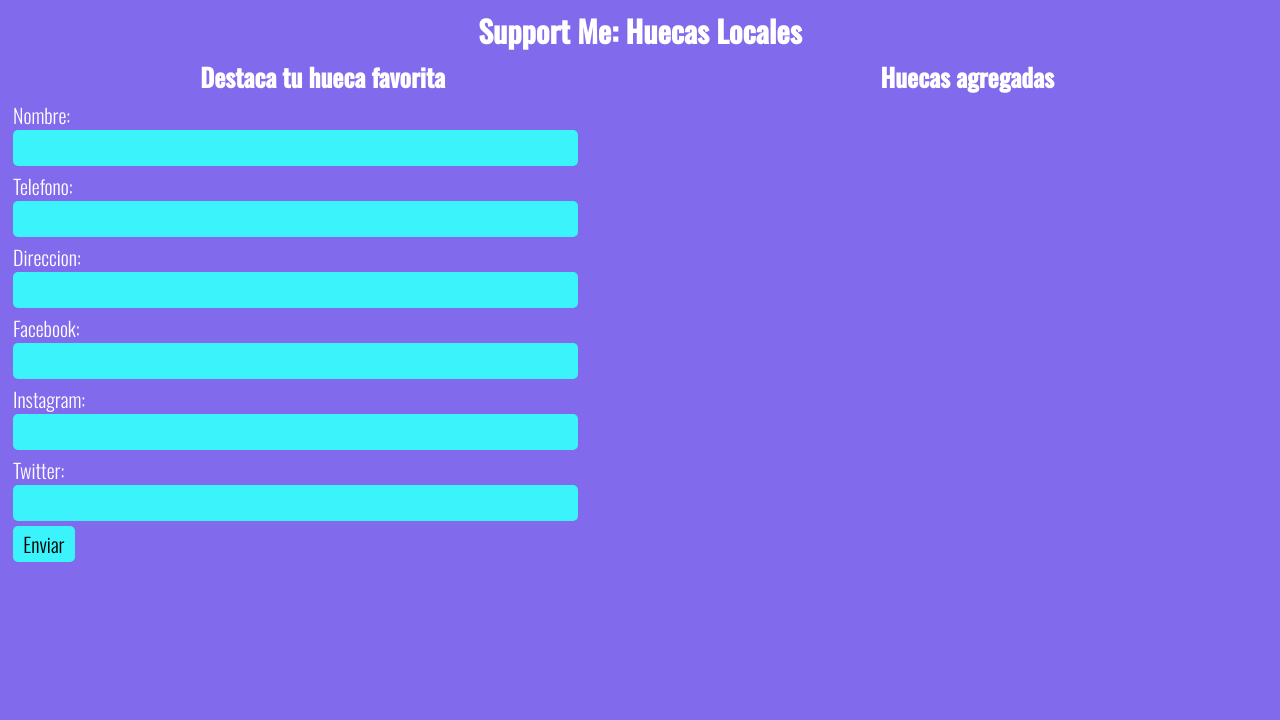
Repository: renzopachecoj/huecas-website
Page: index.html
The author's editor kept a copy of each file at every save. The page is drawn from the files as they stood at one save, then again after the next save.
The browser window is 1280 px wide. The pictures show the whole page.

Above is the page before, as saved 2020-08-01 19:04:06.

### index.html
<!DOCTYPE html>
<html>
<head>
    <title>Huecas</title>
    <link rel="stylesheet" href="styles.css">
</head>
<body>
    <h1>Support Me: Huecas Locales</h1>
    <div id="content">
    <div class="col">
        <h2>Destaca tu hueca favorita</h2>
        <form action="conexion.php" method="post">
            Nombre: <input type="text" name="nombre"><br>
            Telefono: <input type="tel" name="telefono"><br>
            Direccion: <input type="text" name="direccion"><br>
            Facebook: <input type="text" name="facebook"><br>
            Instagram: <input type="text" name="instagram"><br>
            Twitter: <input type="text" name="twitter"><br>
            <input type="submit" value="Enviar">
        </form>
    </div>
    <div class="col">
        <h2>Huecas agregadas</h2>
    </div>
</div>
</body>
</html>

### styles.css
@import url('https://fonts.googleapis.com/css2?family=Oswald:wght@300;500&display=swap');

* {
    font-family: 'Oswald', sans-serif;
    font-weight: lighter;
    font-size: 20px;
    color: #fff;
}
body{
    background-color: #826AED;
}
h1{
    font-size: 30px;
    font-weight: bold;
    width: 100%;
    text-align: center;
    margin: 5px 0px 5px 0px;
}
h2{
    font-size: 25px;
    font-weight: bold;
    width: 100%;
    text-align: center;
    margin: 0px 0px 5px 0px;
}
.col{
    display: flex;
    flex-direction: column;
    width: 49%;
}
#content{
    display: flex;
    flex-direction: row;
    float: left;
    column-gap: 2%;
    width: 100%;
    margin: 0px 5px 5px 5px;
}
input{
    width: 90%;
    border-radius: 5px;
    border-color: transparent;
    background-color: #3BF4FB;
    margin-bottom: 5px;
    color: black
}
input[value="Enviar"]{
    width: 10%;
    color: black;
}

After the next save:
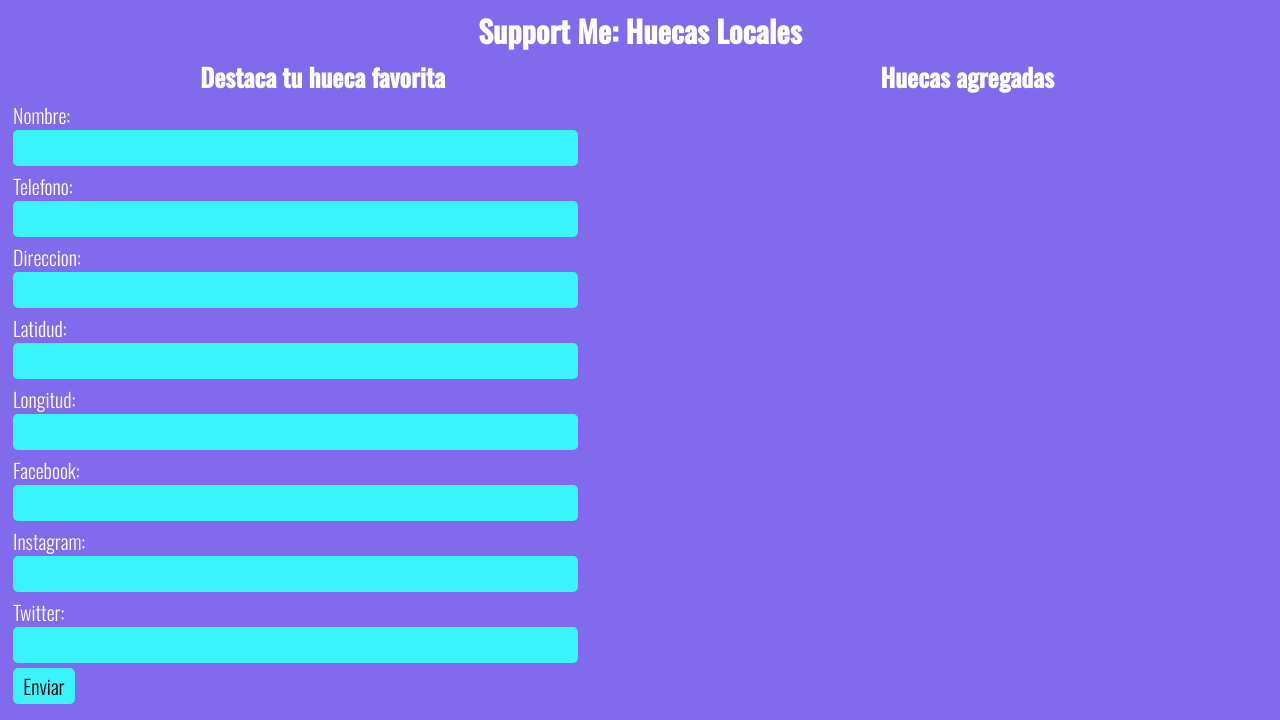
Saved 65 s later.
--- a/index.html
+++ b/index.html
@@ -13,6 +13,8 @@
             Nombre: <input type="text" name="nombre"><br>
             Telefono: <input type="tel" name="telefono"><br>
             Direccion: <input type="text" name="direccion"><br>
+            Latidud: <input type="text" name="latitud"><br>
+            Longitud: <input type="text" name="longitud"><br>
             Facebook: <input type="text" name="facebook"><br>
             Instagram: <input type="text" name="instagram"><br>
             Twitter: <input type="text" name="twitter"><br>
